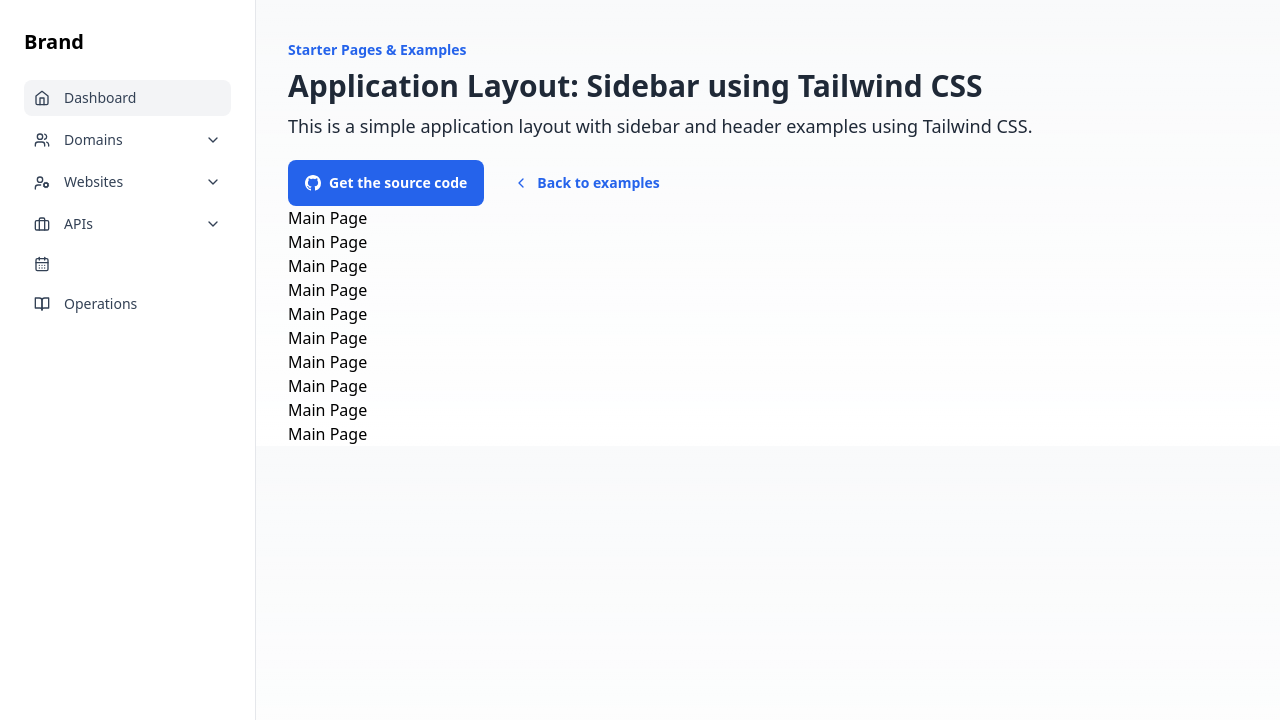
Repository: prodigytutor/my-app
Page: /
The author's editor kept a copy of each file at every save. The page is drawn from the files as they stood at one save, then again after a run of saves.
The browser window is 1280 px wide. The pictures show the whole page.
The project was rebuilt for these pictures with package versions that can differ from the ones it lists, and the page was loaded fresh each time. The framework's server and built-in components were replaced by stand-ins that run in the browser. Also part of the build but not shown: next.config.js.

Above is the page before, as saved 2023-12-07 14:16:45.

After the next 3 saves:
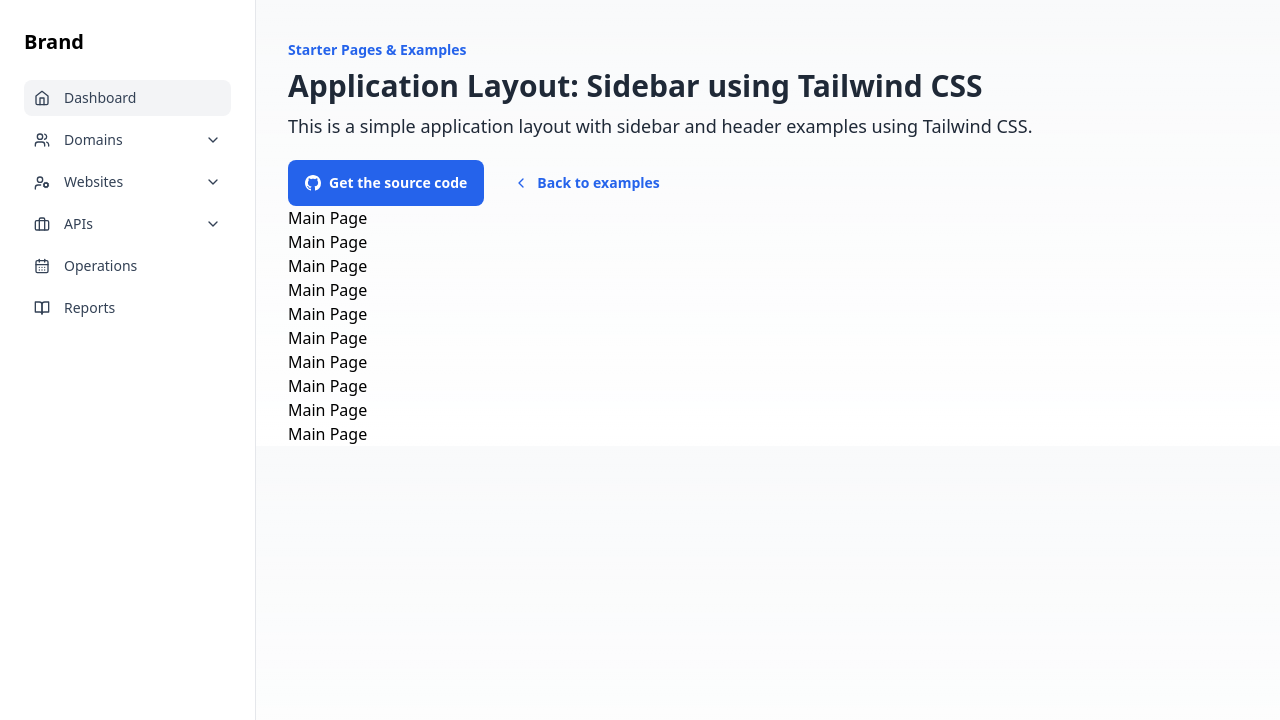
The 3 saves are shown as one change because they came seconds apart.
The last was saved 9 s later.
--- a/src/app/layout.tsx
+++ b/src/app/layout.tsx
@@ -196,11 +196,11 @@ export default function RootLayout({
 
         <li><a className="w-full flex items-center gap-x-3.5 py-2 px-2.5 text-sm text-slate-700 rounded-lg hover:bg-gray-100 dark:hover:bg-gray-900 dark:text-slate-400 dark:hover:text-slate-300 dark:focus:outline-none dark:focus:ring-1 dark:focus:ring-gray-600" href="#">
           <svg className="flex-shrink-0 w-4 h-4" xmlns="http://www.w3.org/2000/svg" width="24" height="24" viewBox="0 0 24 24" fill="none" stroke="currentColor" stroke-width="2" stroke-linecap="round" stroke-linejoin="round"><rect width="18" height="18" x="3" y="4" rx="2" ry="2"/><line x1="16" x2="16" y1="2" y2="6"/><line x1="8" x2="8" y1="2" y2="6"/><line x1="3" x2="21" y1="10" y2="10"/><path d="M8 14h.01"/><path d="M12 14h.01"/><path d="M16 14h.01"/><path d="M8 18h.01"/><path d="M12 18h.01"/><path d="M16 18h.01"/></svg>
-
+          Operations
         </a></li>
         <li><a className="w-full flex items-center gap-x-3.5 py-2 px-2.5 text-sm text-slate-700 rounded-lg hover:bg-gray-100 dark:hover:bg-gray-900 dark:text-slate-400 dark:hover:text-slate-300 dark:focus:outline-none dark:focus:ring-1 dark:focus:ring-gray-600" href="#">
           <svg className="flex-shrink-0 w-4 h-4" xmlns="http://www.w3.org/2000/svg" width="24" height="24" viewBox="0 0 24 24" fill="none" stroke="currentColor" stroke-width="2" stroke-linecap="round" stroke-linejoin="round"><path d="M2 3h6a4 4 0 0 1 4 4v14a3 3 0 0 0-3-3H2z"/><path d="M22 3h-6a4 4 0 0 0-4 4v14a3 3 0 0 1 3-3h7z"/></svg>
-          Operations
+          Reports
         </a></li>
       </ul>
     </nav>
